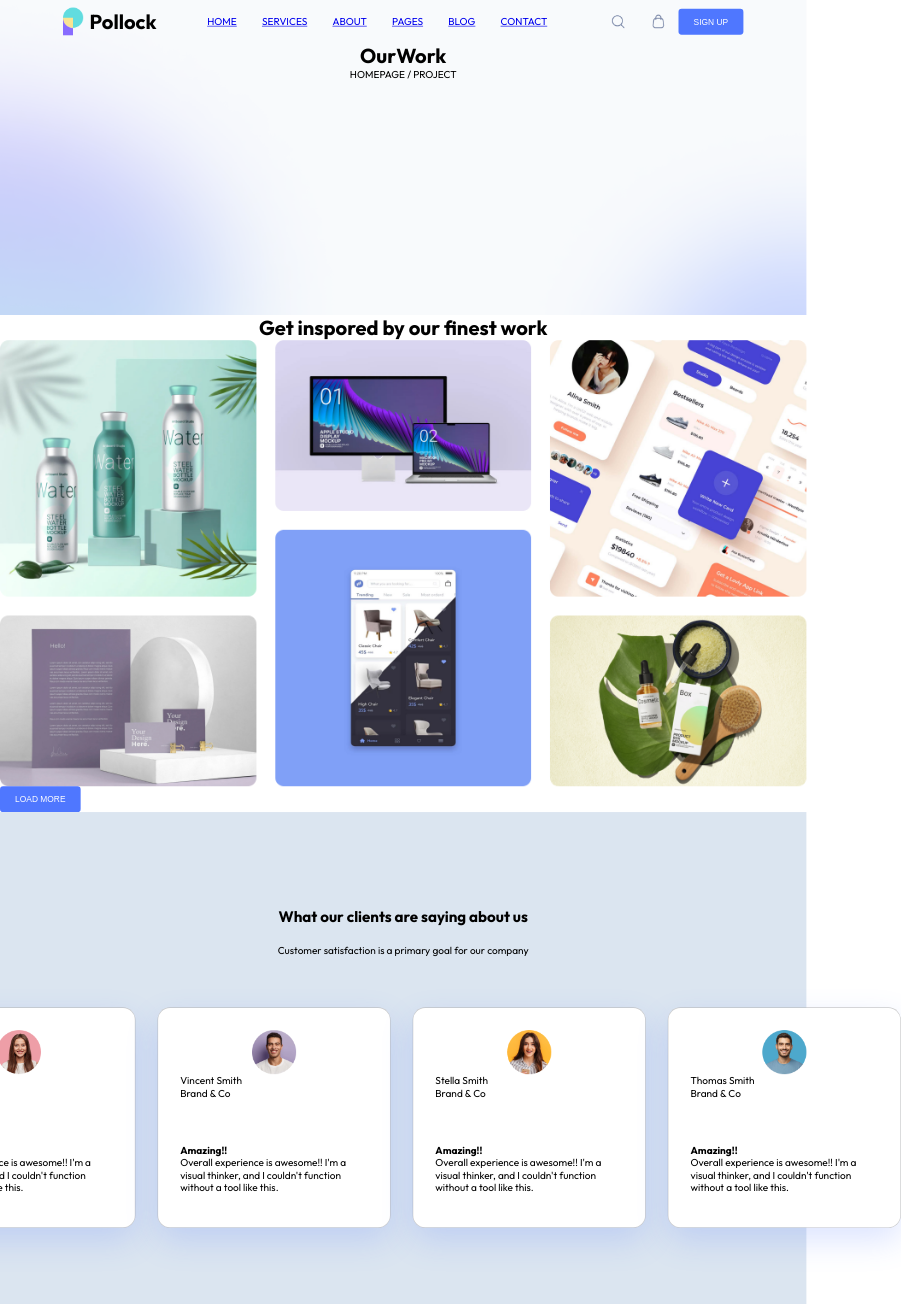
Repository: Nam936/exercises
Page: index.html
These files come from the project's save history. The page is drawn as it stood at one moment and after a run of saves; the edit follows.
The browser window is 1280 px wide. The page is 1430 px wide, so the pictures cover 1430 px, including what lies to the right of the window. The pictures show the whole page, at 63% of full size.

Above is the page before, as saved 2022-12-30 14:11:24.

### index.html
<!DOCTYPE html>
<html lang="en">
<head>
    <meta charset="UTF-8">
    <meta http-equiv="X-UA-Compatible" content="IE=edge">
    <meta name="viewport" content="width=device-width, initial-scale=1.0">
    <title>Pollock</title>
    <link href="https://fonts.googleapis.com/css2?family=Outfit:wght@400;500;600;700&display=swap" rel="stylesheet">
    <link rel="stylesheet" href="style.css">
</head>
<body>
<div id="wrap">
    <div class="bg_header">
        <div class="container">
            <div class="header">
                <div class="menu_header">
                    <h1 class="logo">
                        <img src="/img/Frame_header.png" alt="logo">
                        <p class="txt_header">Pollock</p>
                    </h1>
                    <div class="lst_header">
                        <ul>
                            <li><a href="#">HOME</a></li>
                            <li><a href="#">SERVICES</a></li>
                            <li><a href="#">ABOUT</a></li>
                            <li><a href="#">PAGES</a></li>
                            <li><a href="#">BLOG</a></li>
                            <li><a href="#">CONTACT</a></li>
                        </ul>
                        </div>
                        <div class="icon_header">
                            <img class="search" src="/img/Iconex/Search_header.png" alt="">
                            <img class="cart" src="/img/Iconex/Bag_header.png" alt="">
                            <button>SIGN UP</button>
                        </div>
                    </div>
                </div>
                <div class="txt_ct">
                    <h1>OurWork</h1>
                    <p>HOMEPAGE / PROJECT</p>
                </div>
            </div>
        </div>
    </div>
    <div class="main">
        <div class="tit_main">
            <h1>Get inspored by our finest work</h1>
        </div>
            <div class="prod_main">
                <div class="prod_itm">
                    <img src="/img/main_img/1.png "alt="">
                    <img src="/img/main_img/2.png" alt="">
                </div>
                <div class="prod_itm">
                    <img src="/img/main_img/3.png" alt="">
                    <img src="/img/main_img/4.png" alt="">
                </div>
                <div class="prod_itm">
                    <img src="/img/main_img/5.png" alt="">
                    <img src="/img/main_img/6.png" alt="">
            </div>
        </div>
        <div class="button">
            <button>LOAD MORE</button>
        </div>



    <div class="member">
        <div class="head_mem">
            <div class="tit_mem">
                <h2>What our clients are saying about us</h2>
                <p>Customer satisfaction is a primary goal for our company</p>
            </div>
            <!-- <div class="scroll"></div> -->
        </div>
        <div class="slide">
            <div class="tag">
                <div class="tag_itm">
                    <div class="tag_avatar">
                        <div class="tag_cont">
                            <img src="/img/avatar/Avatar.png" alt="">
                            <div class="name_mem">
                                <span>Monica Smith</span>
                                <p>Brand & Co</p>
                            </div>
                        </div>
                    </div>
                    <div class="txt">
                        <strong>Amazing!!</strong>
                        <p>Overall experience is awesome!! I'm a visual thinker, and I couldn't function without a tool like this.</p>
                    </div>
                </div>
            </div>
            <div class="tag">
                <div class="itm">
                    <div class="tag_avatar">
                        <div class="tag_cont">
                            <img src="/img/avatar/Avatar2.png" alt="">
                            <div class="name_mem">
                                <span>Vincent Smith</span>
                                <p>Brand & Co</p>
                            </div>
                        </div>

                    </div>
                    <div class="txt">
                        <strong>Amazing!!</strong>
                        <p>Overall experience is awesome!! I'm a visual thinker, and I couldn't function without a tool like this.</p>
                    </div>
                </div>
            </div>
            <div class="tag">
                <div class="tag_itm">
                    <div class="tag_avatar">
                        <dv class="tag_cont">
                            <img src="/img/avatar/Avatar3.png" alt="">
                            <div class="name_mem">
                                <span>Stella Smith</span>
                                <p>Brand & Co</p>
                            </div>
                        </dv>
                    </div>
                    <div class="txt">
                        <strong>Amazing!!</strong>
                        <p>Overall experience is awesome!! I'm a visual thinker, and I couldn't function without a tool like this.</p>
                    </div>
                </div>
            </div>
            <div class="tag">
                <div class="tag_itm">
                    <div class="tag_avatar">
                        <div class="tag_cont">
                            <img src="/img/avatar/Avatar4.png" alt="">
                            <div class="name_mem">
                                <span>Thomas Smith</span>
                                <p>Brand & Co</p>
                            </div>
                        </div>
                    </div>
                    <div class="txt">
                        <strong>Amazing!!</strong>
                        <p>Overall experience is awesome!! I'm a visual thinker, and I couldn't function without a tool like this.</p>
                    </div>
                </div>
            </div>
        </div>
    </div>
    </div>

</div>
</body>
</html>

### style.css
* {
    margin: 0;
    padding: 0;
    box-sizing: border-box;
}
body{
    font-family: 'Outfit', sans-serif;
}

.bg_header{
    width: 100%;
    height: 500px;
    background-image: url(/img/Hero_background.png);
}
.container{
    max-width: 1170px;
    margin: 0px auto;
    padding: 0px 15px;
    width: 100%;
}
header{display: flex;}
.menu_header{display: flex;justify-content: space-around;align-items: center;}
.menu_header img{width: 32px; height: 44px;}
.logo {display: flex; align-items: center;}
.txt_header{padding-left: 10px;}
.lst_header ul{display: flex; list-style-type: none;}
.lst_header ul li{margin: 22px 20px;}

.icon_header{display: flex; align-items: center;}
.icon_header img{ width: 24px; height: 24px;}
.cart,.search{margin: 22px 20px;}
button{background-color:#4F77FF; border: 0px; border-radius: 5px; padding:13px 24px; color: #fff;}

.txt_ct{text-align: center;}


/* main_content */
.tit_main{text-align: center;}



/* .prod_main div{margin: 30px;} */

.prod_main{display:flex; gap: 30px;}
img{display: block; width: 100%;}
.prod_itm :first-child{margin-bottom: 30px;}

/* member style */
.member{background:#dbe5f0; width: 100%; height: 781px;}
.head_mem{margin-bottom: 80px;}
.tit_mem{text-align: center; padding-top: 120px;}
h2{margin: 30px;}

/*      */
.slide{display: grid; grid-template-columns: 375px 375px 375px 375px ; justify-content: center; gap: 30px;}
.tag{width: 370px; height: 350px; border: 1px solid rgba(0,0,0,0.2); border-radius: 20px; background: #fff;box-shadow: 0px 20px 50px rgba(79, 119, 255, 0.2); }
tag_cont{text-align: center;}
.tag_avatar img{ width: 70px; height: 70px; margin: auto;}
.tag_avatar{padding: 35px;}
.txt{padding: 35px;}

After the next 3 saves:
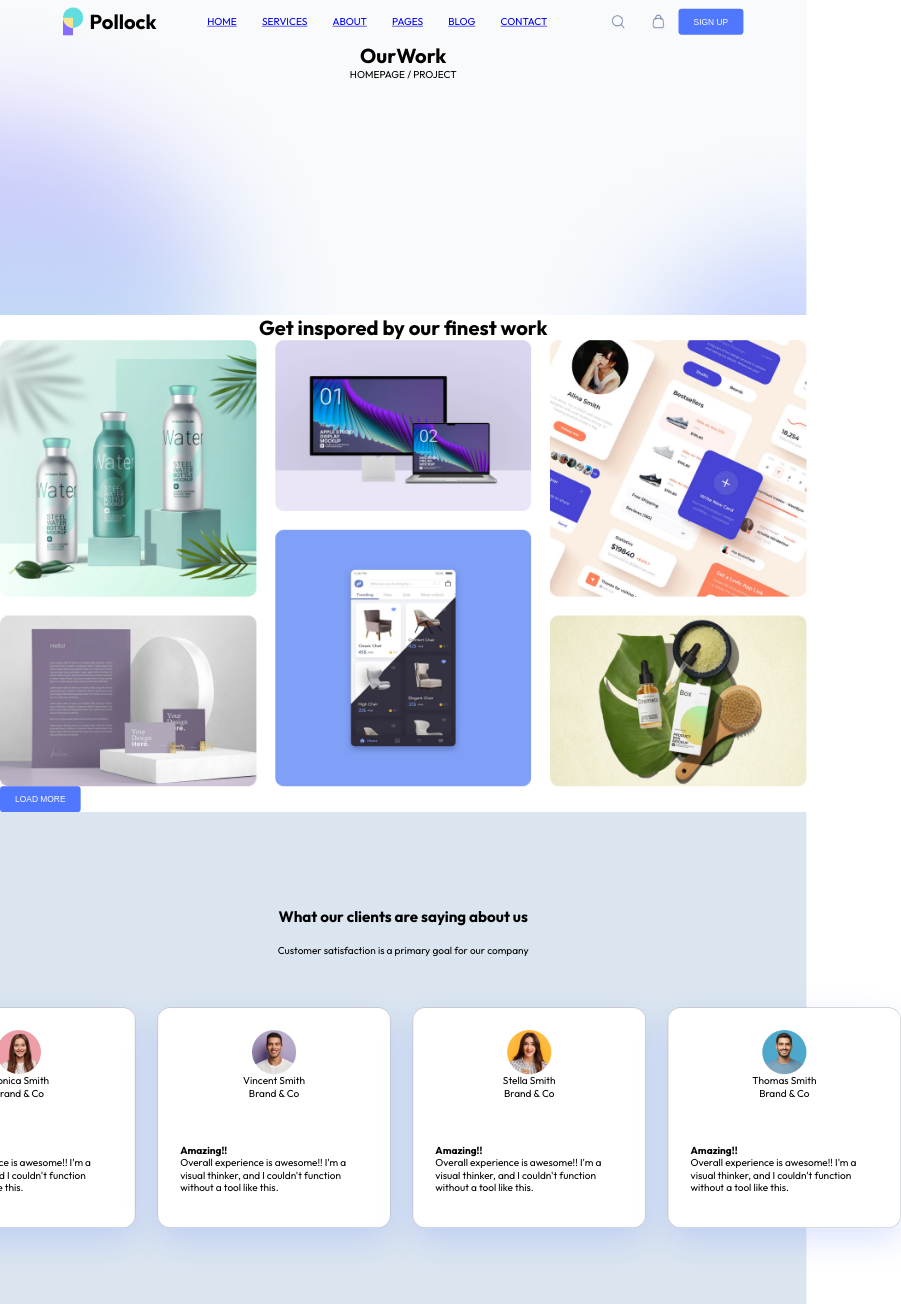
The 3 saves are shown as one change because they came seconds apart.
The last was saved 25 s later.
--- a/style.css
+++ b/style.css
@@ -54,7 +54,6 @@
 /*      */
 .slide{display: grid; grid-template-columns: 375px 375px 375px 375px ; justify-content: center; gap: 30px;}
 .tag{width: 370px; height: 350px; border: 1px solid rgba(0,0,0,0.2); border-radius: 20px; background: #fff;box-shadow: 0px 20px 50px rgba(79, 119, 255, 0.2); }
-tag_cont{text-align: center;}
 .tag_avatar img{ width: 70px; height: 70px; margin: auto;}
-.tag_avatar{padding: 35px;}
+.tag_avatar{padding: 35px; text-align: center;}
 .txt{padding: 35px;}

After the 2 saves that followed:
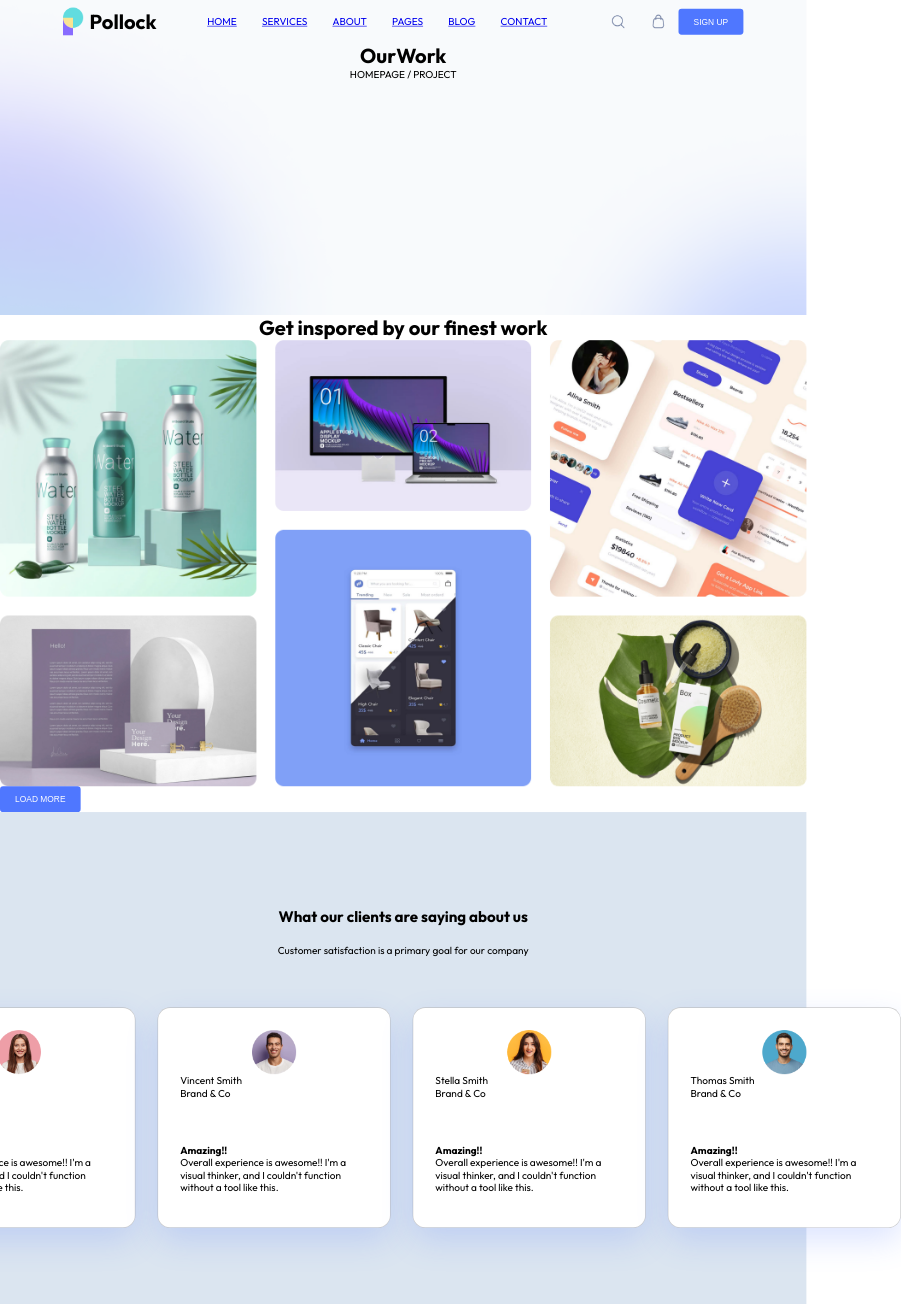
The 2 saves are shown as one change because they came seconds apart.
The last was saved 19 s later.
--- a/style.css
+++ b/style.css
@@ -55,5 +55,5 @@
 .slide{display: grid; grid-template-columns: 375px 375px 375px 375px ; justify-content: center; gap: 30px;}
 .tag{width: 370px; height: 350px; border: 1px solid rgba(0,0,0,0.2); border-radius: 20px; background: #fff;box-shadow: 0px 20px 50px rgba(79, 119, 255, 0.2); }
 .tag_avatar img{ width: 70px; height: 70px; margin: auto;}
-.tag_avatar{padding: 35px; text-align: center;}
+.tag_avatar{padding: 35px;}
 .txt{padding: 35px;}
